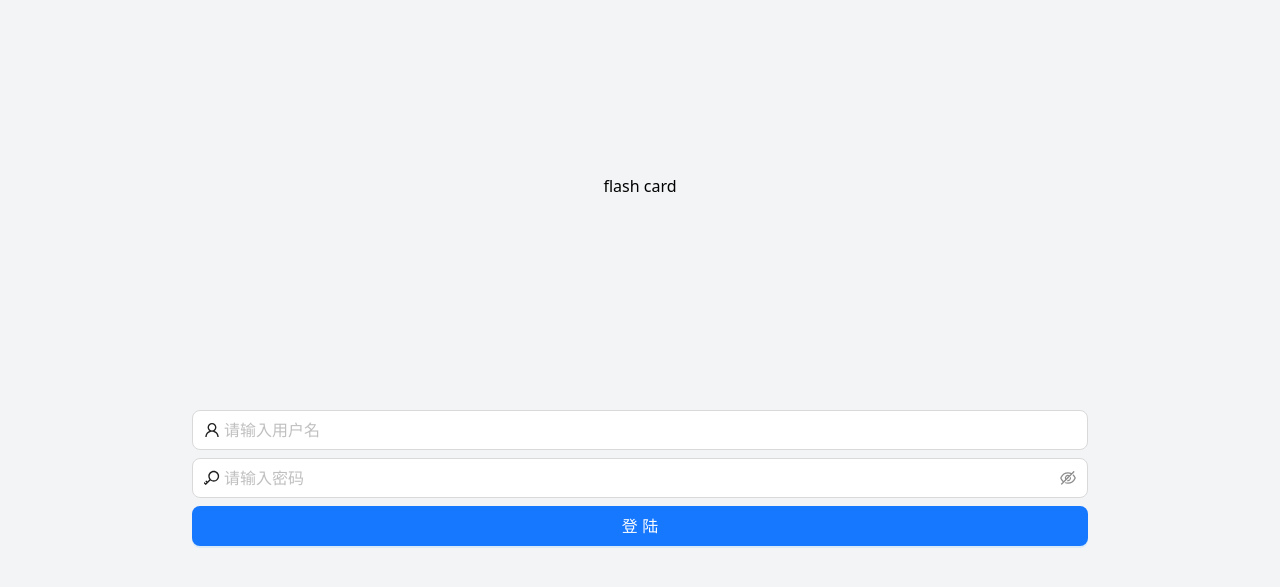
Repository: wujieli0207/tiny-flash-card
Page: /#/login
These files come from the project's save history. The page is drawn as it stood at one moment and after the next save; the edit follows.
The browser window is 1280 px wide. The pictures show the whole page.
The project was rebuilt for these pictures with package versions that can differ from the ones it lists, and the page was loaded fresh each time. Also part of the build but not shown: vite.config.ts.

Above is the page before, as saved 2023-06-11 18:31:25.

After the next save:
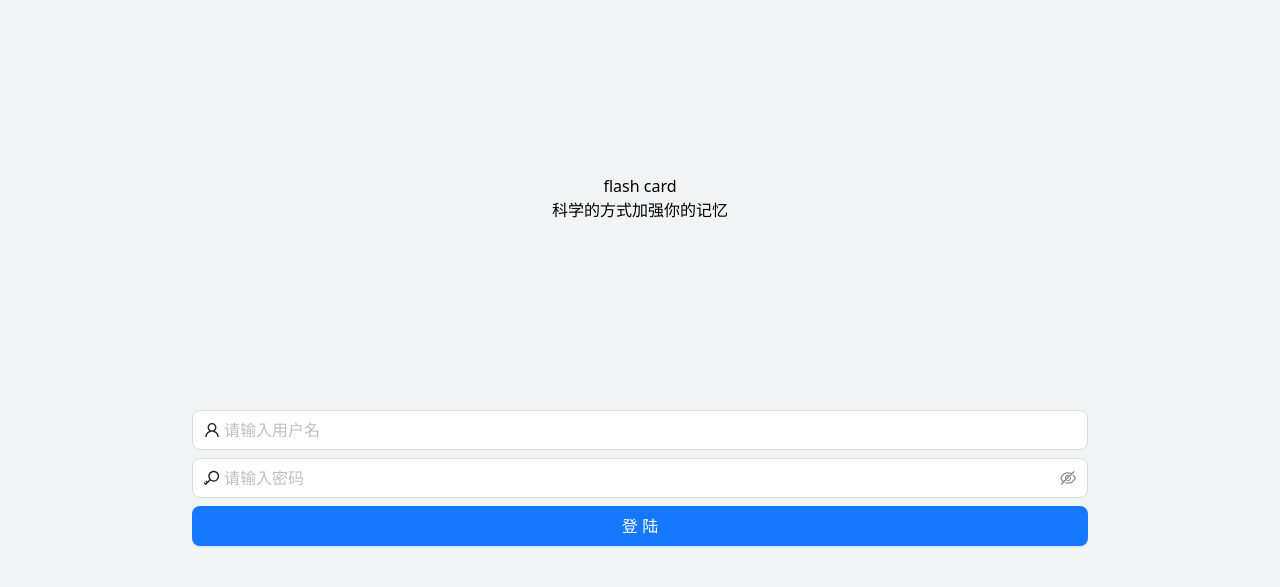
Saved 41 s later.
--- a/src/client/pages/login.tsx
+++ b/src/client/pages/login.tsx
@@ -35,6 +35,7 @@ const Login = () => {
 
       <header className="w-screen text-center min-h-[236px]">
         <div>flash card</div>
+        <div>科学的方式加强你的记忆</div>
       </header>
 
       <div className="w-[70%]">
